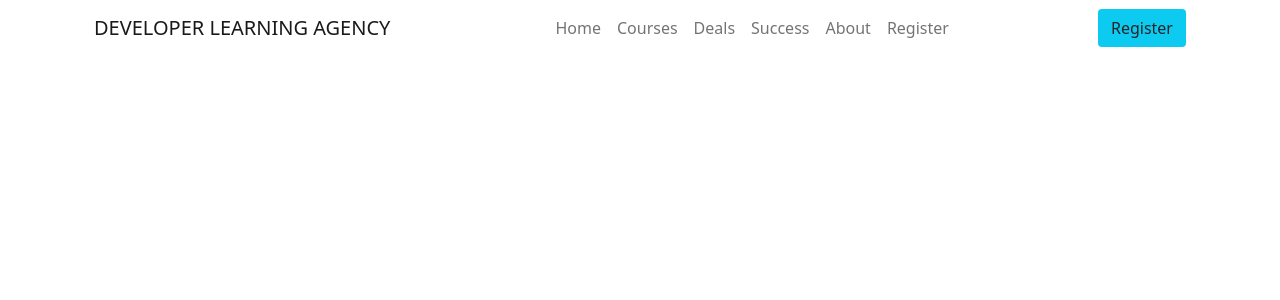
Repository: zjria/developer-learning-agency
Page: index.html
An editor plug-in stored every save of this project. The page is shown before and after the next save, followed by the edit.
The browser window is 1280 px wide. The pictures show the whole page.

Above is the page before, as saved 2022-10-11 10:39:30.

### index.html
<!DOCTYPE html>
<html lang="en">

<head>
    <meta charset="UTF-8">
    <meta http-equiv="X-UA-Compatible" content="IE=edge">
    <meta name="viewport" content="width=device-width, initial-scale=1.0">
    <title>developer learning agency</title>
    <!-- Bootstrap CSS Link -->
    <link href="https://cdn.jsdelivr.net/npm/bootstrap@5.0.2/dist/css/bootstrap.min.css" rel="stylesheet"
        integrity="sha384-EVSTQN3/azprG1Anm3QDgpJLIm9Nao0Yz1ztcQTwFspd3yD65VohhpuuCOmLASjC" crossorigin="anonymous">

    <!-- custom css link -->
    <link rel="stylesheet" href="css/style.css">
</head>

<body>
    <!-- <h1 class="text-center bg-success">Avoid hatred</h1> -->

    <!-- Header Section Start -->
    <header>
        <section class="container">
            <nav class="navbar navbar-expand-lg navbar-light">
                <div class="container-fluid">
                    <a class="navbar-brand text-uppercase" href="#">Developer learning agency</a>
                    <button class="navbar-toggler" type="button" data-bs-toggle="collapse"
                        data-bs-target="#navbarSupportedContent" aria-controls="navbarSupportedContent"
                        aria-expanded="false" aria-label="Toggle navigation">
                        <span class="navbar-toggler-icon"></span>
                    </button>
                    <div class="collapse navbar-collapse" id="navbarSupportedContent">

                        <ul class="navbar-nav m-auto mb-2 mb-lg-0">
                            <li class="nav-item">
                                <a class="nav-link" href="#">Home</a>
                            </li>
                            <li class="nav-item">
                                <a class="nav-link" href="#">Courses</a>
                            </li>
                            <li class="nav-item">
                                <a class="nav-link" href="#">Deals</a>
                            </li>
                            <li class="nav-item">
                                <a class="nav-link" href="#">Success</a>
                            </li>
                            <li class="nav-item">
                                <a class="nav-link" href="#">About</a>
                            </li>
                            <li class="nav-item">
                                <a class="nav-link" href="#">Register</a>
                            </li>
                        </ul>
                        <button type="button" class="btn bg-info">Register</button>
                    </div>
                </div>
            </nav>
        </section>
    </header>









    <!-- Bootstrap JS link -->
    <script src="https://cdn.jsdelivr.net/npm/@popperjs/core@2.9.2/dist/umd/popper.min.js"
        integrity="sha384-IQsoLXl5PILFhosVNubq5LC7Qb9DXgDA9i+tQ8Zj3iwWAwPtgFTxbJ8NT4GN1R8p" crossorigin="anonymous">
    </script>
    <script src="https://cdn.jsdelivr.net/npm/bootstrap@5.0.2/dist/js/bootstrap.min.js"
        integrity="sha384-cVKIPhGWiC2Al4u+LWgxfKTRIcfu0JTxR+EQDz/bgldoEyl4H0zUF0QKbrJ0EcQF" crossorigin="anonymous">
    </script>

</body>

</html>

Loaded but not shown: css/style.css (no copy from this time; the picture is the same without it)

After the next save:
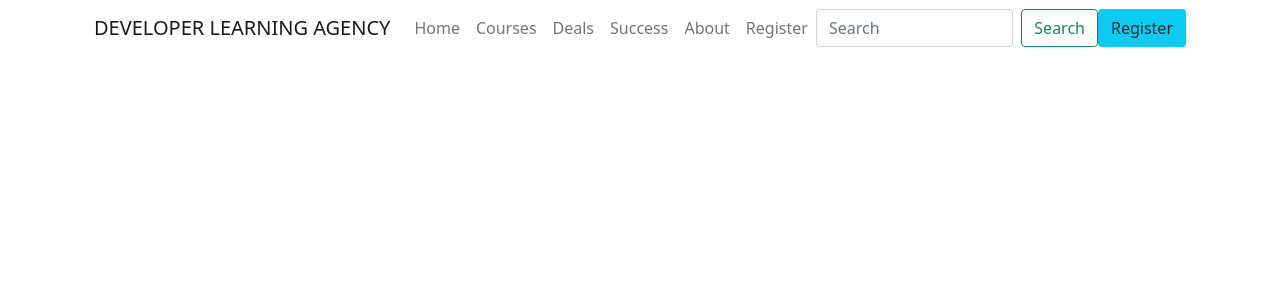
Saved 116 s later.
--- a/index.html
+++ b/index.html
@@ -50,6 +50,12 @@
                                 <a class="nav-link" href="#">Register</a>
                             </li>
                         </ul>
+
+                        <form class="d-flex">
+                            <input class="form-control me-2" type="search" placeholder="Search" aria-label="Search">
+                            <button class="btn btn-outline-success" type="submit">Search</button>
+                        </form>
+
                         <button type="button" class="btn bg-info">Register</button>
                     </div>
                 </div>
